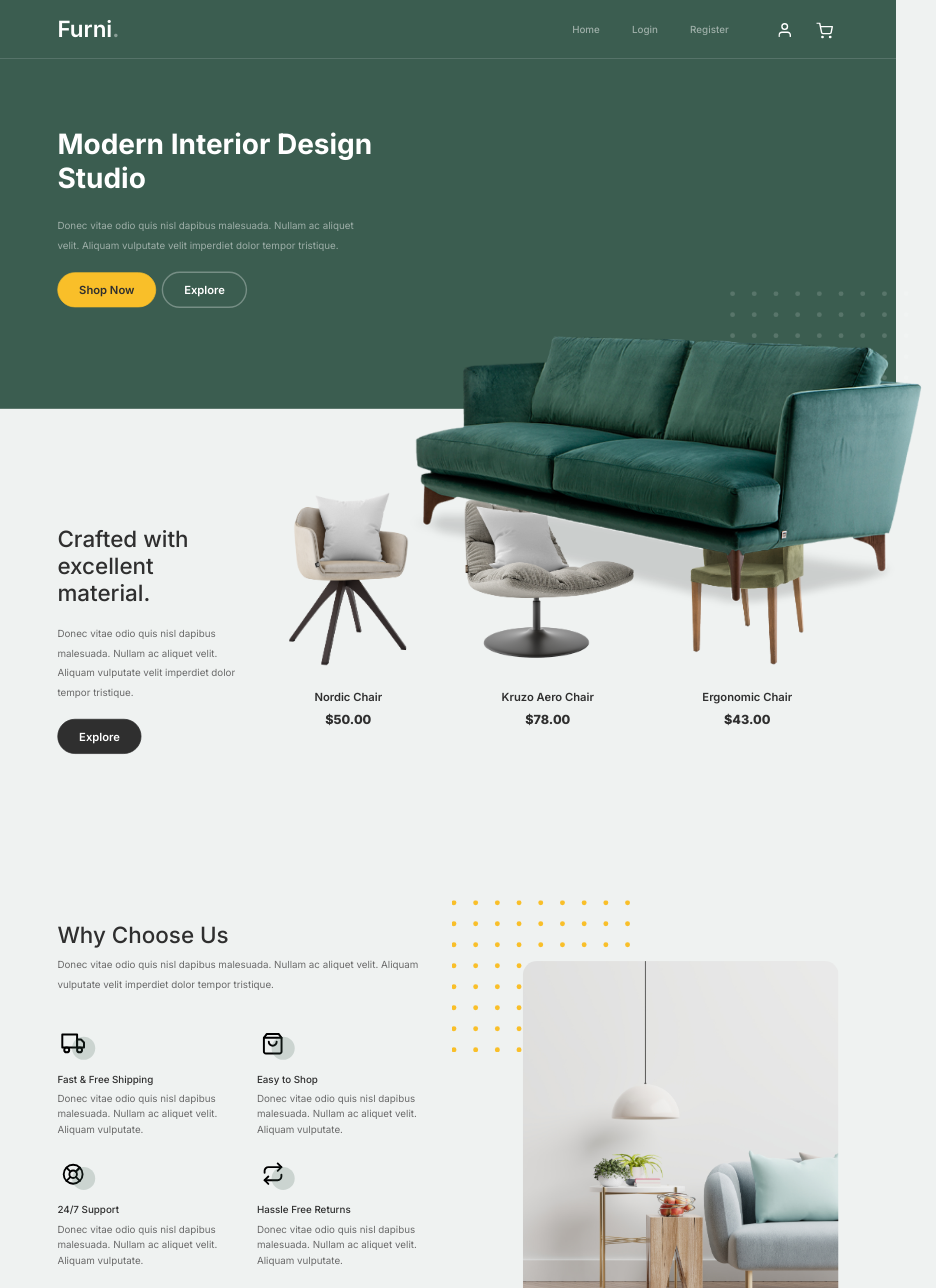
Repository: testuser85495/Java-Practical
Page: http://localhost/Project_Demo/
The author's editor kept a copy of each file at every save. The page is drawn from the files as they stood at one save, then again after the next save.
The browser window is 1280 px wide. The page is 1337 px wide, then 1280 px, then 1337 px, so the pictures cover 1337 px, including what lies to the right of the window. The pictures show the part of the page from y = 0 to 1840 px (the page is 5105 px tall), at 70% of full size.
The page is served by Tomcat 9. Other server files are loaded and not shown.

Above is the page before, as saved 2024-07-14 08:31:39.

### Project_Demo/src/main/webapp/index.jsp
<%@ page language="java" contentType="text/html; charset=UTF-8"
	pageEncoding="UTF-8"%>
<%-- <%@include file="header.jsp"%> --%>
<!doctype html>
<html lang="en">

<head>
<meta charset="utf-8">
<meta name="viewport"
	content="width=device-width, initial-scale=1, shrink-to-fit=no">
<meta name="author" content="Untree.co">
<link rel="shortcut icon" href="favicon.png">

<meta name="description" content="" />
<meta name="keywords" content="bootstrap, bootstrap4" />

<!-- Bootstrap CSS -->
<link href="css/bootstrap.min.css" rel="stylesheet">
<link
	href="https://cdnjs.cloudflare.com/ajax/libs/font-awesome/6.0.0-beta3/css/all.min.css"
	rel="stylesheet">
<link href="css/tiny-slider.css" rel="stylesheet">
<link href="css/style.css" rel="stylesheet">
<title>Furni Free Bootstrap 5 Template for Furniture and
	Interior Design Websites by Untree.co</title>
</head>
<style>
.dropdown:hover .dropdown-content {
	display: block;
}

.dropdown-content {
	display: none;
	position: absolute;
	background-color: #3b5d50;
	min-width: max-content; /* 200px; */
	box-shadow: 0px 8px 16px 0px rgba(0, 0, 0, 0.2);
	padding: 11px;
	z-index: 10;
	/* margin-left: 0px; */
}

.dropdown {
	position: relative;
	display: inline-block;
}
</style>
<body>

	<!-- Start Header/Navigation -->
	<nav
		class="custom-navbar navbar navbar navbar-expand-md navbar-dark bg-dark"
		arial-label="Furni navigation bar">

		<div class="container">
			<a class="navbar-brand" href="index.html">Furni<span>.</span></a>

			<button class="navbar-toggler" type="button"
				data-bs-toggle="collapse" data-bs-target="#navbarsFurni"
				aria-controls="navbarsFurni" aria-expanded="false"
				aria-label="Toggle navigation">
				<span class="navbar-toggler-icon"></span>
			</button>

			<div class="collapse navbar-collapse" id="navbarsFurni">
				<ul class="custom-navbar-nav navbar-nav ms-auto mb-2 mb-md-0">
					<li class="nav-item "><a class="nav-link" href="index.jsp">Home</a>
					</li>
					<!-- <li><a class="nav-link" href="shop.jsp">Shop</a></li> -->
					<!-- <li><a class="nav-link" href="about.html">About us</a></li> -->
					<!-- <li><a class="nav-link" href="services.html">Services</a></li> -->

					<div class="dropdown">
						<li><a class="nav-link" href="#">Login</a></li>
						<div class="dropdown-content">
							<ul type="none">
								<li><a href="login.jsp" style="text-decoration: none;">cust-login</a></li>
							</ul>
							<ul type="none">
								<li><a href="sell-login.jsp" style="text-decoration: none;">sell-login</a></li>
							</ul>
						</div>
					</div>



					<div class="dropdown">
						<li><a class="nav-link" href="#">Register</a></li>
						<div class="dropdown-content">
							<ul type="none">
								<li><a href="register.jsp" style="text-decoration: none;">cust-Register</a></li>
							</ul>
							<ul type="none">
								<li><a href="sell-register.jsp"
									style="text-decoration: none;">sell-Register</a></li>
							</ul>
						</div>
					</div>
				</ul>

				<ul class="custom-navbar-cta navbar-nav mb-2 mb-md-0 ms-5">
					<li><a class="nav-link" href="#"><img
							src="images/user.svg"></a></li>
					<li><a class="nav-link" href="#"><img
							src="images/cart.svg"></a></li>
				</ul>
			</div>
		</div>

	</nav>
	<!-- End Header/Navigation -->

	<!-- Start Hero Section -->
	<div class="hero">
		<div class="container">
			<div class="row justify-content-between">
				<div class="col-lg-5">
					<div class="intro-excerpt">
						<h1>
							Modern Interior <span clsas="d-block">Design Studio</span>
						</h1>
						<p class="mb-4">Donec vitae odio quis nisl dapibus malesuada.
							Nullam ac aliquet velit. Aliquam vulputate velit imperdiet dolor
							tempor tristique.</p>
						<p>
							<a href="#" class="btn btn-secondary me-2">Shop Now</a><a href="#"
								class="btn btn-white-outline">Explore</a>
						</p>
					</div>
				</div>
				<div class="col-lg-7">
					<div class="hero-img-wrap">
						<img src="images/couch.png" class="img-fluid">
					</div>
				</div>
			</div>
		</div>
	</div>
	<!-- End Hero Section -->

	<!-- Start Product Section -->
	<div class="product-section">
		<div class="container">
			<div class="row">

				<!-- Start Column 1 -->
				<div class="col-md-12 col-lg-3 mb-5 mb-lg-0">
					<h2 class="mb-4 section-title">Crafted with excellent
						material.</h2>
					<p class="mb-4">Donec vitae odio quis nisl dapibus malesuada.
						Nullam ac aliquet velit. Aliquam vulputate velit imperdiet dolor
						tempor tristique.</p>
					<p>
						<a href="" class="btn">Explore</a>
					</p>
				</div>
				<!-- End Column 1 -->

				<!-- Start Column 2 -->
				<div class="col-12 col-md-4 col-lg-3 mb-5 mb-md-0">
					<a class="product-item" href="#"> <img
						src="images/product-1.png" class="img-fluid product-thumbnail">
						<h3 class="product-title">Nordic Chair</h3> <strong
						class="product-price">$50.00</strong> <span class="icon-cross">
							<img src="images/cross.svg" class="img-fluid">
					</span>
					</a>
				</div>
				<!-- End Column 2 -->

				<!-- Start Column 3 -->
				<div class="col-12 col-md-4 col-lg-3 mb-5 mb-md-0">
					<a class="product-item" href="#"> <img
						src="images/product-2.png" class="img-fluid product-thumbnail">
						<h3 class="product-title">Kruzo Aero Chair</h3> <strong
						class="product-price">$78.00</strong> <span class="icon-cross">
							<img src="images/cross.svg" class="img-fluid">
					</span>
					</a>
				</div>
				<!-- End Column 3 -->

				<!-- Start Column 4 -->
				<div class="col-12 col-md-4 col-lg-3 mb-5 mb-md-0">
					<a class="product-item" href="#"> <img
						src="images/product-3.png" class="img-fluid product-thumbnail">
						<h3 class="product-title">Ergonomic Chair</h3> <strong
						class="product-price">$43.00</strong> <span class="icon-cross">
							<img src="images/cross.svg" class="img-fluid">
					</span>
					</a>
				</div>
				<!-- End Column 4 -->

			</div>
		</div>
	</div>
	<!-- End Product Section -->

	<!-- Start Why Choose Us Section -->
	<div class="why-choose-section">
		<div class="container">
			<div class="row justify-content-between">
				<div class="col-lg-6">
					<h2 class="section-title">Why Choose Us</h2>
					<p>Donec vitae odio quis nisl dapibus malesuada. Nullam ac
						aliquet velit. Aliquam vulputate velit imperdiet dolor tempor
						tristique.</p>

					<div class="row my-5">
						<div class="col-6 col-md-6">
							<div class="feature">
								<div class="icon">
									<img src="images/truck.svg" alt="Image" class="imf-fluid">
								</div>
								<h3>Fast &amp; Free Shipping</h3>
								<p>Donec vitae odio quis nisl dapibus malesuada. Nullam ac
									aliquet velit. Aliquam vulputate.</p>
							</div>
						</div>

						<div class="col-6 col-md-6">
							<div class="feature">
								<div class="icon">
									<img src="images/bag.svg" alt="Image" class="imf-fluid">
								</div>
								<h3>Easy to Shop</h3>
								<p>Donec vitae odio quis nisl dapibus malesuada. Nullam ac
									aliquet velit. Aliquam vulputate.</p>
							</div>
						</div>

						<div class="col-6 col-md-6">
							<div class="feature">
								<div class="icon">
									<img src="images/support.svg" alt="Image" class="imf-fluid">
								</div>
								<h3>24/7 Support</h3>
								<p>Donec vitae odio quis nisl dapibus malesuada. Nullam ac
									aliquet velit. Aliquam vulputate.</p>
							</div>
						</div>

						<div class="col-6 col-md-6">
							<div class="feature">
								<div class="icon">
									<img src="images/return.svg" alt="Image" class="imf-fluid">
								</div>
								<h3>Hassle Free Returns</h3>
								<p>Donec vitae odio quis nisl dapibus malesuada. Nullam ac
									aliquet velit. Aliquam vulputate.</p>
							</div>
						</div>

					</div>
				</div>

				<div class="col-lg-5">
					<div class="img-wrap">
						<img src="images/why-choose-us-img.jpg" alt="Image"
							class="img-fluid">
					</div>
				</div>

			</div>
		</div>
	</div>
	<!-- End Why Choose Us Section -->

	<!-- Start We Help Section -->
	<div class="we-help-section">
		<div class="container">
			<div class="row justify-content-between">
				<div class="col-lg-7 mb-5 mb-lg-0">
					<div class="imgs-grid">
						<div class="grid grid-1">
							<img src="images/img-grid-1.jpg" alt="Untree.co">
						</div>
						<div class="grid grid-2">
							<img src="images/img-grid-2.jpg" alt="Untree.co">
						</div>
						<div class="grid grid-3">
							<img src="images/img-grid-3.jpg" alt="Untree.co">
						</div>
					</div>
				</div>
				<div class="col-lg-5 ps-lg-5">
					<h2 class="section-title mb-4">We Help You Make Modern
						Interior Design</h2>
					<p>Donec facilisis quam ut purus rutrum lobortis. Donec vitae
						odio quis nisl dapibus malesuada. Nullam ac aliquet velit. Aliquam
						vulputate velit imperdiet dolor tempor tristique. Pellentesque
						habitant morbi tristique senectus et netus et malesuada</p>

					<ul class="list-unstyled custom-list my-4">
						<li>Donec vitae odio quis nisl dapibus malesuada</li>
						<li>Donec vitae odio quis nisl dapibus malesuada</li>
						<li>Donec vitae odio quis nisl dapibus malesuada</li>
						<li>Donec vitae odio quis nisl dapibus malesuada</li>
					</ul>
					<p>
						<a herf="#" class="btn">Explore</a>
					</p>
				</div>
			</div>
		</div>
	</div>
	<!-- End We Help Section -->

	<!-- Start Popular Product -->
	<div class="popular-product">
		<div class="container">
			<div class="row">

				<div class="col-12 col-md-6 col-lg-4 mb-4 mb-lg-0">
					<div class="product-item-sm d-flex">
						<div class="thumbnail">
							<img src="images/product-1.png" alt="Image" class="img-fluid">
						</div>
						<div class="pt-3">
							<h3>Nordic Chair</h3>
							<p>Donec facilisis quam ut purus rutrum lobortis. Donec vitae
								odio</p>
							<p>
								<a href="#">Read More</a>
							</p>
						</div>
					</div>
				</div>

				<div class="col-12 col-md-6 col-lg-4 mb-4 mb-lg-0">
					<div class="product-item-sm d-flex">
						<div class="thumbnail">
							<img src="images/product-2.png" alt="Image" class="img-fluid">
						</div>
						<div class="pt-3">
							<h3>Kruzo Aero Chair</h3>
							<p>Donec facilisis quam ut purus rutrum lobortis. Donec vitae
								odio</p>
							<p>
								<a href="#">Read More</a>
							</p>
						</div>
					</div>
				</div>

				<div class="col-12 col-md-6 col-lg-4 mb-4 mb-lg-0">
					<div class="product-item-sm d-flex">
						<div class="thumbnail">
							<img src="images/product-3.png" alt="Image" class="img-fluid">
						</div>
						<div class="pt-3">
							<h3>Ergonomic Chair</h3>
							<p>Donec facilisis quam ut purus rutrum lobortis. Donec vitae
								odio</p>
							<p>
								<a href="#">Read More</a>
							</p>
						</div>
					</div>
				</div>

			</div>
		</div>
	</div>
	<!-- End Popular Product -->

	<!-- Start Testimonial Slider -->
	<div class="testimonial-section">
		<div class="container">
			<div class="row">
				<div class="col-lg-7 mx-auto text-center">
					<h2 class="section-title">Testimonials</h2>
				</div>
			</div>

			<div class="row justify-content-center">
				<div class="col-lg-12">
					<div class="testimonial-slider-wrap text-center">

						<div id="testimonial-nav">
							<span class="prev" data-controls="prev"><span
								class="fa fa-chevron-left"></span></span> <span class="next"
								data-controls="next"><span class="fa fa-chevron-right"></span></span>
						</div>

						<div class="testimonial-slider">

							<div class="item">
								<div class="row justify-content-center">
									<div class="col-lg-8 mx-auto">

										<div class="testimonial-block text-center">
											<blockquote class="mb-5">
												<p>&ldquo;Donec facilisis quam ut purus rutrum lobortis.
													Donec vitae odio quis nisl dapibus malesuada. Nullam ac
													aliquet velit. Aliquam vulputate velit imperdiet dolor
													tempor tristique. Pellentesque habitant morbi tristique
													senectus et netus et malesuada fames ac turpis egestas.
													Integer convallis volutpat dui quis scelerisque.&rdquo;</p>
											</blockquote>

											<div class="author-info">
												<div class="author-pic">
													<img src="images/person-1.png" alt="Maria Jones"
														class="img-fluid">
												</div>
												<h3 class="font-weight-bold">Maria Jones</h3>
												<span class="position d-block mb-3">CEO, Co-Founder,
													XYZ Inc.</span>
											</div>
										</div>

									</div>
								</div>
							</div>
							<!-- END item -->

							<div class="item">
								<div class="row justify-content-center">
									<div class="col-lg-8 mx-auto">

										<div class="testimonial-block text-center">
											<blockquote class="mb-5">
												<p>&ldquo;Donec facilisis quam ut purus rutrum lobortis.
													Donec vitae odio quis nisl dapibus malesuada. Nullam ac
													aliquet velit. Aliquam vulputate velit imperdiet dolor
													tempor tristique. Pellentesque habitant morbi tristique
													senectus et netus et malesuada fames ac turpis egestas.
													Integer convallis volutpat dui quis scelerisque.&rdquo;</p>
											</blockquote>

											<div class="author-info">
												<div class="author-pic">
													<img src="images/person-1.png" alt="Maria Jones"
														class="img-fluid">
												</div>
												<h3 class="font-weight-bold">Maria Jones</h3>
												<span class="position d-block mb-3">CEO, Co-Founder,
													XYZ Inc.</span>
											</div>
										</div>

									</div>
								</div>
							</div>
							<!-- END item -->

							<div class="item">
								<div class="row justify-content-center">
									<div class="col-lg-8 mx-auto">

										<div class="testimonial-block text-center">
											<blockquote class="mb-5">
												<p>&ldquo;Donec facilisis quam ut purus rutrum lobortis.
													Donec vitae odio quis nisl dapibus malesuada. Nullam ac
													aliquet velit. Aliquam vulputate velit imperdiet dolor
													tempor tristique. Pellentesque habitant morbi tristique
													senectus et netus et malesuada fames ac turpis egestas.
													Integer convallis volutpat dui quis scelerisque.&rdquo;</p>
											</blockquote>

											<div class="author-info">
												<div class="author-pic">
													<img src="images/person-1.png" alt="Maria Jones"
														class="img-fluid">
												</div>
												<h3 class="font-weight-bold">Maria Jones</h3>
												<span class="position d-block mb-3">CEO, Co-Founder,
													XYZ Inc.</span>
											</div>
										</div>

									</div>
								</div>
							</div>
							<!-- END item -->

						</div>

					</div>
				</div>
			</div>
		</div>
	</div>
	<!-- End Testimonial Slider -->

	<!-- Start Blog Section -->
	<div class="blog-section">
		<div class="container">
			<div class="row mb-5">
				<div class="col-md-6">
					<h2 class="section-title">Recent Blog</h2>
				</div>
				<div class="col-md-6 text-start text-md-end">
					<a href="#" class="more">View All Posts</a>
				</div>
			</div>

			<div class="row">

				<div class="col-12 col-sm-6 col-md-4 mb-4 mb-md-0">
					<div class="post-entry">
						<a href="#" class="post-thumbnail"><img
							src="images/post-1.jpg" alt="Image" class="img-fluid"></a>
						<div class="post-content-entry">
							<h3>
								<a href="#">First Time Home Owner Ideas</a>
							</h3>
							<div class="meta">
								<span>by <a href="#">Kristin Watson</a></span> <span>on <a
									href="#">Dec 19, 2021</a></span>
							</div>
						</div>
					</div>
				</div>

				<div class="col-12 col-sm-6 col-md-4 mb-4 mb-md-0">
					<div class="post-entry">
						<a href="#" class="post-thumbnail"><img
							src="images/post-2.jpg" alt="Image" class="img-fluid"></a>
						<div class="post-content-entry">
							<h3>
								<a href="#">How To Keep Your Furniture Clean</a>
							</h3>
							<div class="meta">
								<span>by <a href="#">Robert Fox</a></span> <span>on <a
									href="#">Dec 15, 2021</a></span>
							</div>
						</div>
					</div>
				</div>

				<div class="col-12 col-sm-6 col-md-4 mb-4 mb-md-0">
					<div class="post-entry">
						<a href="#" class="post-thumbnail"><img
							src="images/post-3.jpg" alt="Image" class="img-fluid"></a>
						<div class="post-content-entry">
							<h3>
								<a href="#">Small Space Furniture Apartment Ideas</a>
							</h3>
							<div class="meta">
								<span>by <a href="#">Kristin Watson</a></span> <span>on <a
									href="#">Dec 12, 2021</a></span>
							</div>
						</div>
					</div>
				</div>

			</div>
		</div>
	</div>

</body>

</html>
<%@include file="footer.jsp"%>

Loaded but not shown: Project_Demo/src/main/webapp/css/bootstrap.min.css (library); Project_Demo/src/main/webapp/js/bootstrap.bundle.min.js (library); Project_Demo/src/main/webapp/js/tiny-slider.js (library); Project_Demo/src/main/webapp/images/dots-yellow.svg (74 lines, source omitted); Project_Demo/src/main/webapp/images/dots-green.svg (74 lines, source omitted); Project_Demo/src/main/webapp/images/dots-light.svg (76 lines, source omitted); Project_Demo/src/main/webapp/images/support.svg (9 lines, source omitted); Project_Demo/src/main/webapp/images/truck.svg (6 lines, source omitted); Project_Demo/src/main/webapp/images/envelope-outline.svg (10 lines, source omitted); Project_Demo/src/main/webapp/images/cart.svg (5 lines, source omitted); Project_Demo/src/main/webapp/images/return.svg (6 lines, source omitted); Project_Demo/src/main/webapp/images/bag.svg (5 lines, source omitted); Project_Demo/src/main/webapp/images/user.svg (4 lines, source omitted); Project_Demo/src/main/webapp/images/cross.svg (4 lines, source omitted); Project_Demo/src/main/webapp/js/custom.js (73 lines, source omitted); Project_Demo/src/main/webapp/css/style.css (1033 lines, source omitted); Project_Demo/src/main/webapp/footer.jsp (150 lines, source omitted); Project_Demo/src/main/webapp/css/tiny-slider.css (169 lines, source omitted)

After the next save:
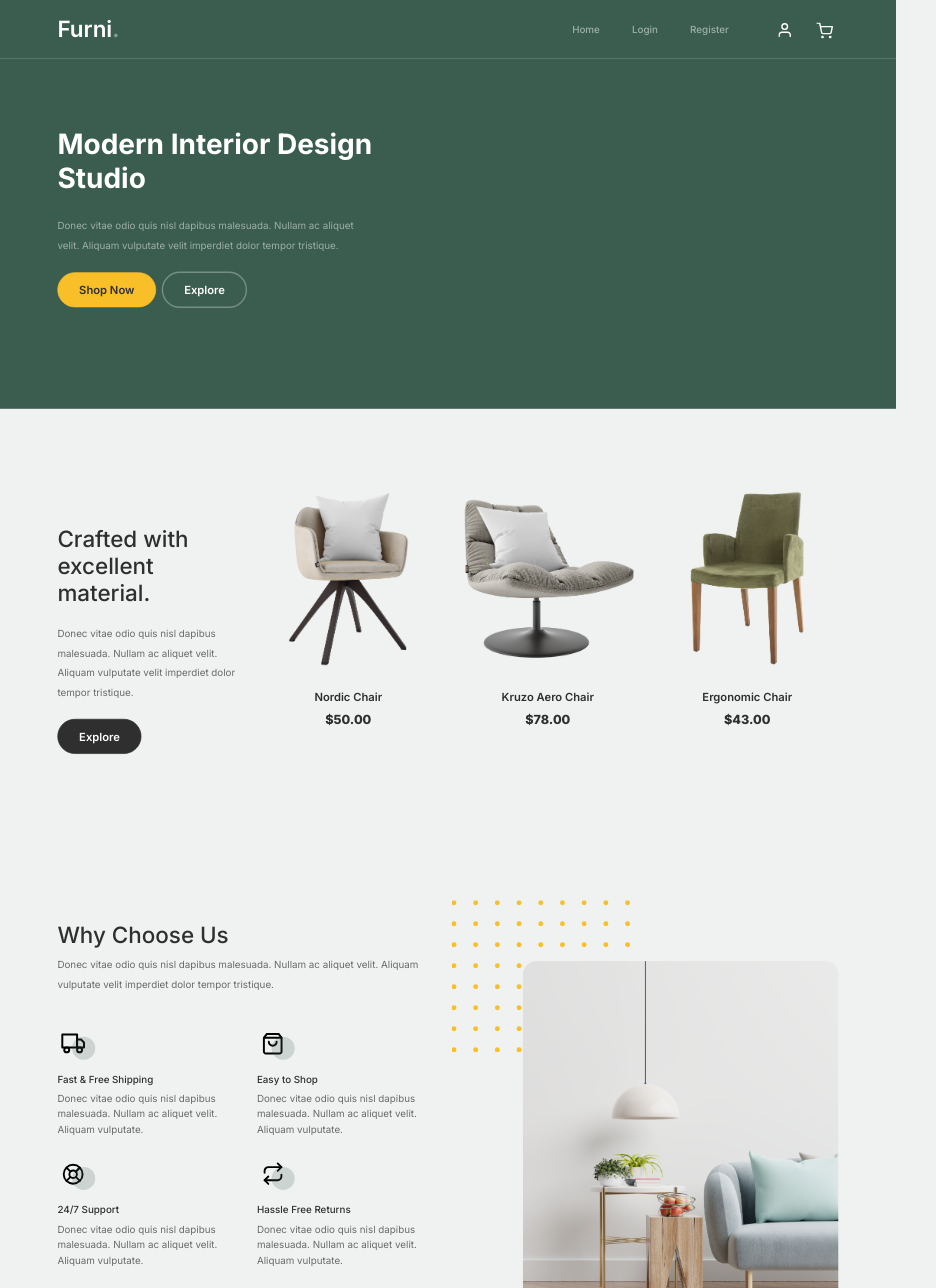
Saved 16 s later.
--- a/Project_Demo/src/main/webapp/index.jsp
+++ b/Project_Demo/src/main/webapp/index.jsp
@@ -128,11 +128,11 @@
 						</p>
 					</div>
 				</div>
-				<div class="col-lg-7">
+				<!-- <div class="col-lg-7">
 					<div class="hero-img-wrap">
 						<img src="images/couch.png" class="img-fluid">
 					</div>
-				</div>
+				</div> -->
 			</div>
 		</div>
 	</div>

After the save that followed:
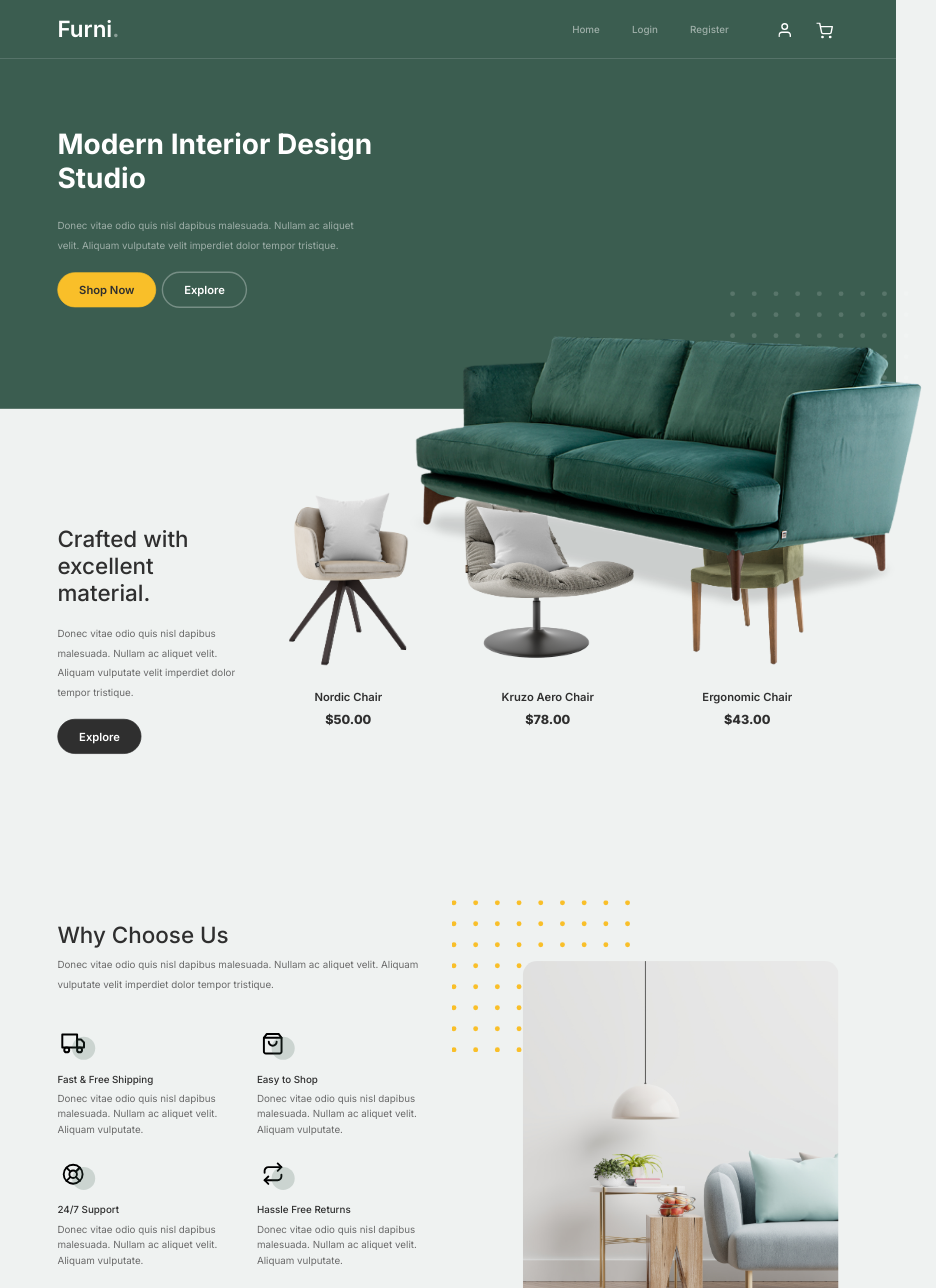
Saved 14 s later.
--- a/Project_Demo/src/main/webapp/index.jsp
+++ b/Project_Demo/src/main/webapp/index.jsp
@@ -128,11 +128,11 @@
 						</p>
 					</div>
 				</div>
-				<!-- <div class="col-lg-7">
+				<div class="col-lg-7">
 					<div class="hero-img-wrap">
 						<img src="images/couch.png" class="img-fluid">
 					</div>
-				</div> -->
+				</div>
 			</div>
 		</div>
 	</div>
